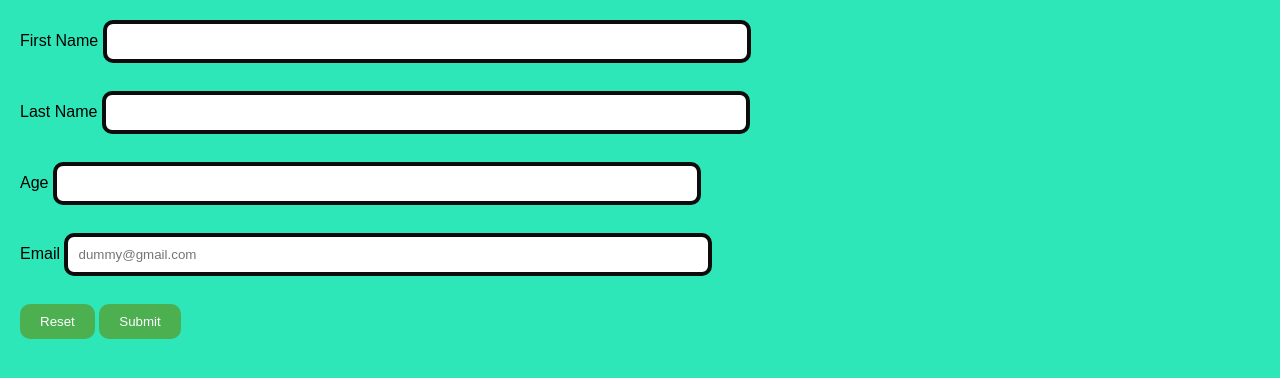
Repository: Haakim19/web-dev
Page: form.html
The author's editor kept a copy of each file at every save. The page is drawn from the files as they stood at one save, then again after the next save.
The browser window is 1280 px wide. The pictures show the whole page.

Above is the page before, as saved 2024-06-02 16:18:40.

After the next save:
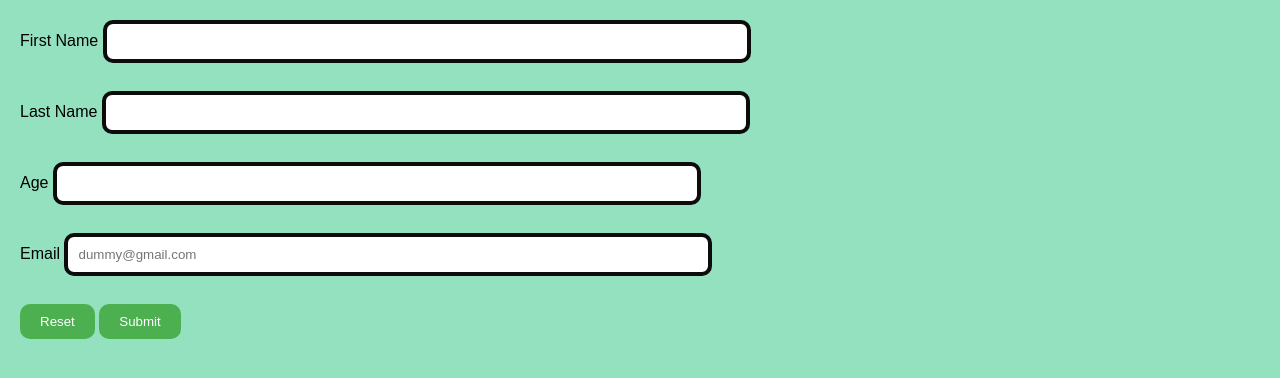
Saved 23 min 35 s later.
--- a/form.css
+++ b/form.css
@@ -1,6 +1,6 @@
 body {
     font-family: Arial, Helvetica, sans-serif, sans-serif;
-    background-color: #2ee7b9;
+    background-color: #94e1bf;
     margin: 10px;
     padding: 10px;
 }
